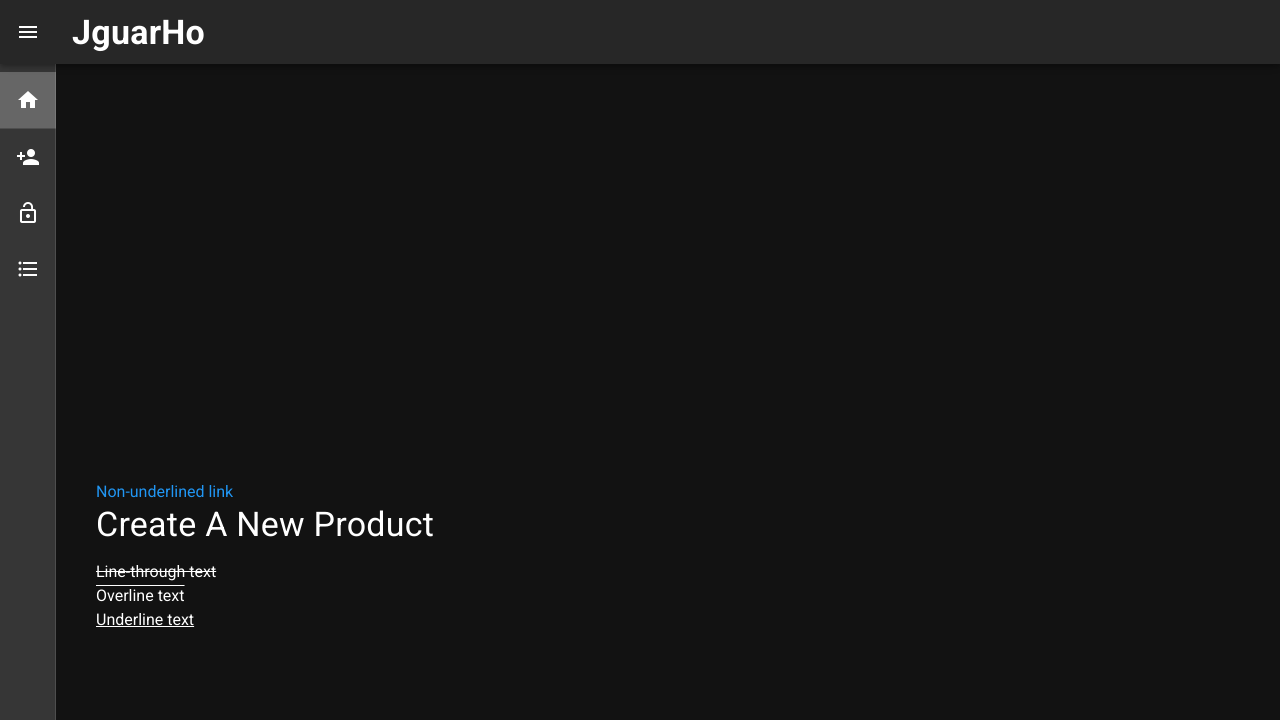
Repository: agent501/MRMS
Page: /
These files come from the project's save history. The page is drawn as it stood at one moment and after the next save; the edit follows.
The browser window is 1280 px wide. The pictures show the whole page.
The page's requests for data from a server got no answer. The project was rebuilt for these pictures with package versions that can differ from the ones it lists, and the page was loaded fresh each time. No one was signed in, and anything a server would have sent is missing. Also part of the build but not shown: vue.config.js, src/components/Product/products.vue, src/components/Product/product.vue, src/components/Product/createproduct.vue, src/components/User/signin.vue, src/components/User/signup.vue, src/components/User/profile.vue, src/components/Shared/Alert.vue and 2 more. Imported but missing from the stored project, and not drawn on this page: src/router/auth-guard.js.

Above is the page before, as saved 2020-07-29 16:26:12.

After the next save:
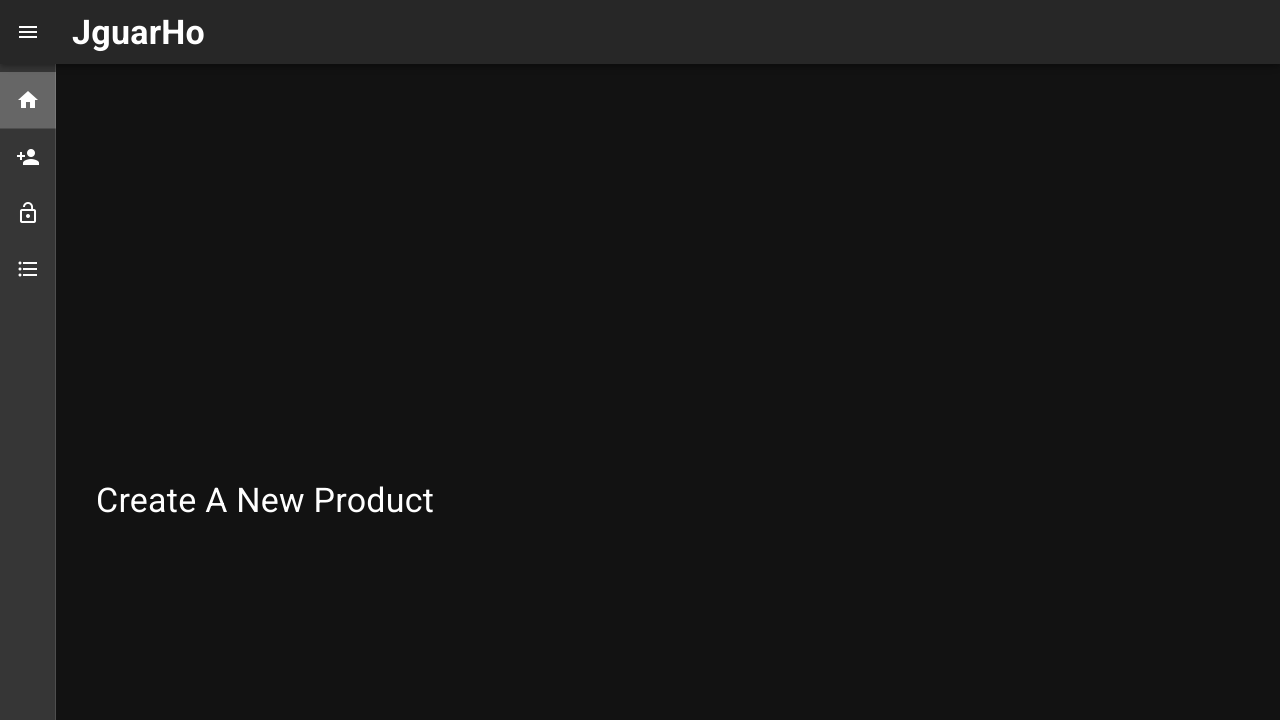
Saved 11 min 15 s later.
--- a/src/components/Home.vue
+++ b/src/components/Home.vue
@@ -34,13 +34,7 @@
     </v-carousel>
 
     <div>
-      <a href="#" class="text-decoration-none">Non-underlined link</a>
       <p class="display-1 text-capitalize">create a new product</p>
-      <div class="text-decoration-line-through">Line-through text</div>
-
-      <div class="text-decoration-overline">Overline text</div>
-
-      <div class="text-decoration-underline">Underline text</div>
     </div>
   </div>
 </template>
